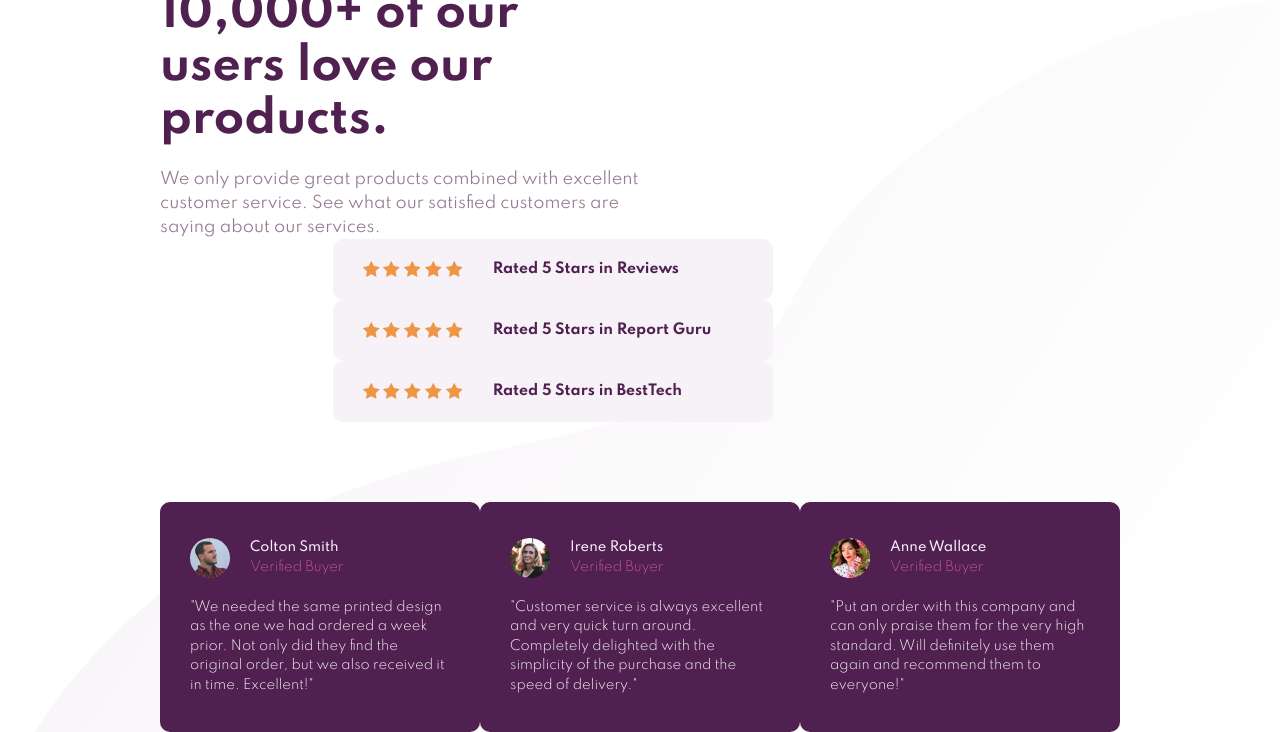
Repository: metehankasapp/social-proof-section-master
Page: index.html
These files come from the project's save history. The page is drawn as it stood at one moment and after the next save; the edit follows.
The browser window is 1280 px wide. The pictures show the whole page.
Some web libraries are served in a nearby version.

Above is the page before, as saved 2021-12-05 08:49:58.

After the next save:
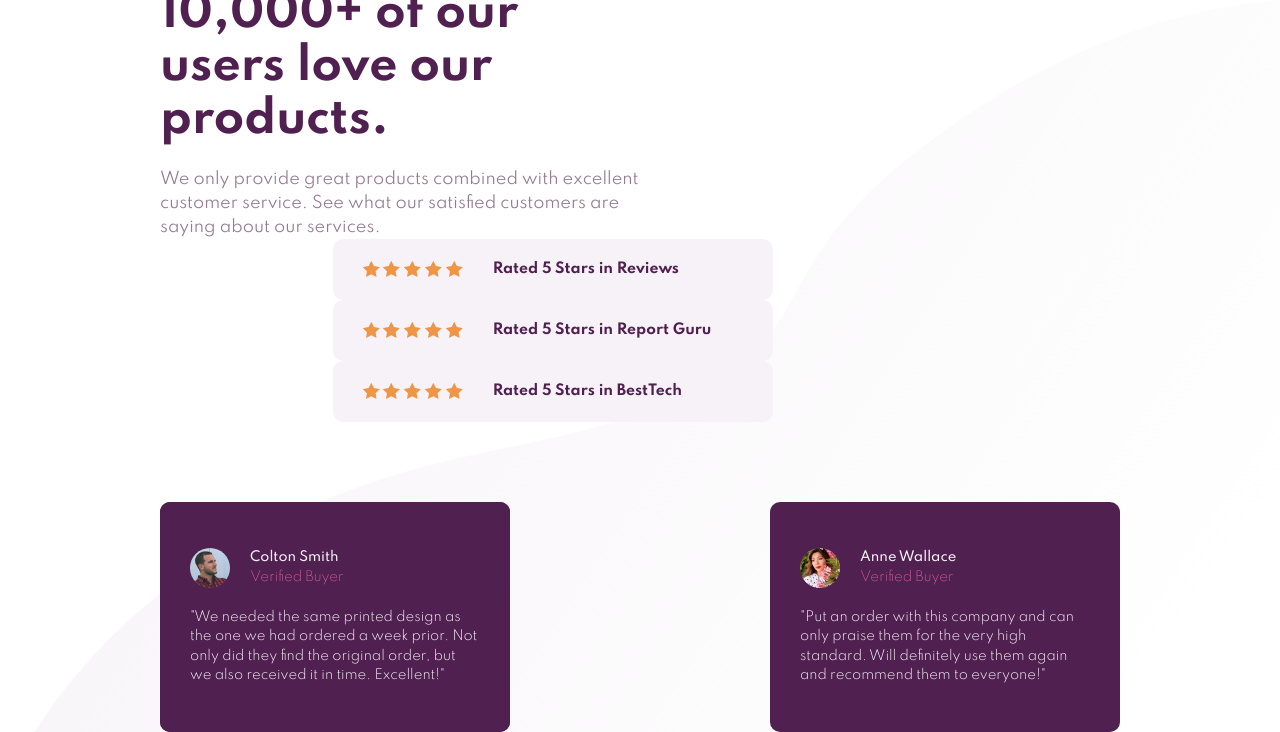
Saved 24 s later.
--- a/index.html
+++ b/index.html
@@ -82,9 +82,9 @@
           flex-column flex-lg-row
           justify-content-between
           align-items-baseline
-        ">
-      <div class="card-ctr">
-        <div class="card-item">
+        " style="position: relative;">
+      <div class="card-ctr" style="position: absolute;">
+        <div class="card-item" >
           <div class="card-headerr ">
             <div class="card-img">
               <img src="images/image-colton.jpg" alt="" />
